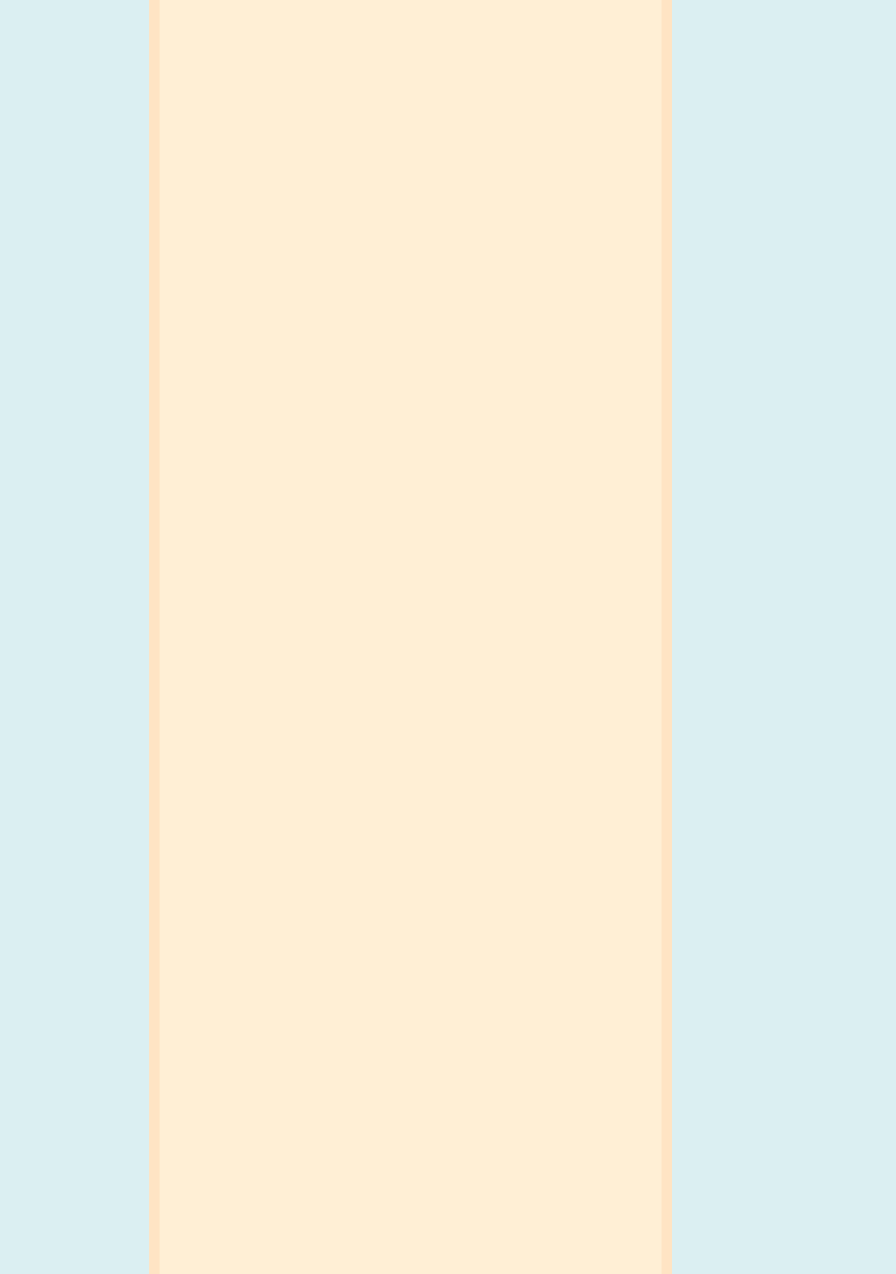
Repository: 15378517762/zxy
Page: html/index.html
An editor plug-in stored every save of this project. The page is shown before and after the next save, followed by the edit.
The browser window is 1280 px wide. The pictures show the part of the page from y = 1472 to 3392 px (the page is 3292 px tall before and 3392 px after), at 70% of full size.

Above is the page before, as saved 2021-05-28 21:22:51.

After the next save:
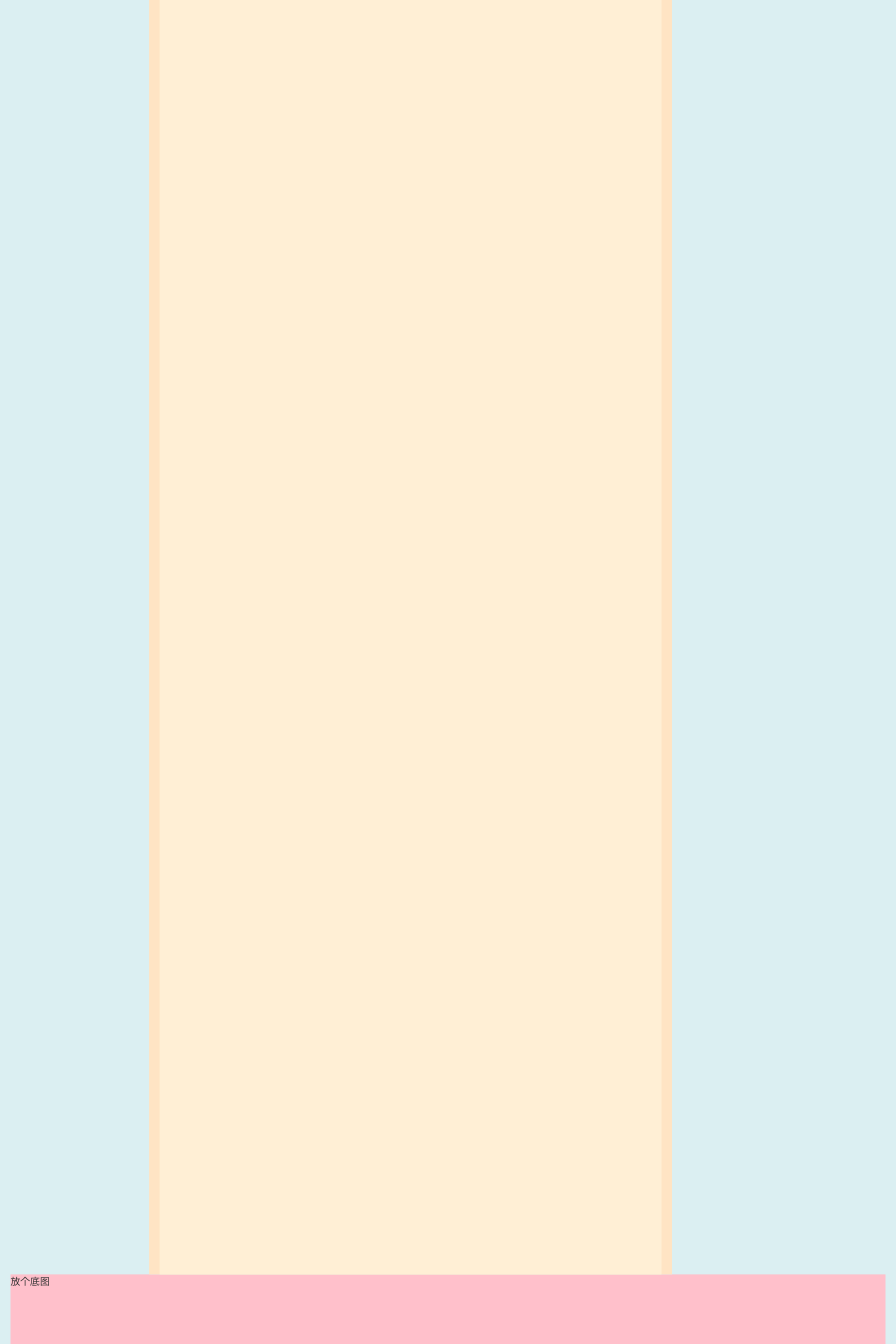
Saved 4 s later.
--- a/html/index.html
+++ b/html/index.html
@@ -44,6 +44,10 @@
 
 			<aside class="col-md-3">right</aside>
 		</div>
+
+		<div class="footer">放个底图</div>
 	</div>
+
+
 </body>
 </html>
